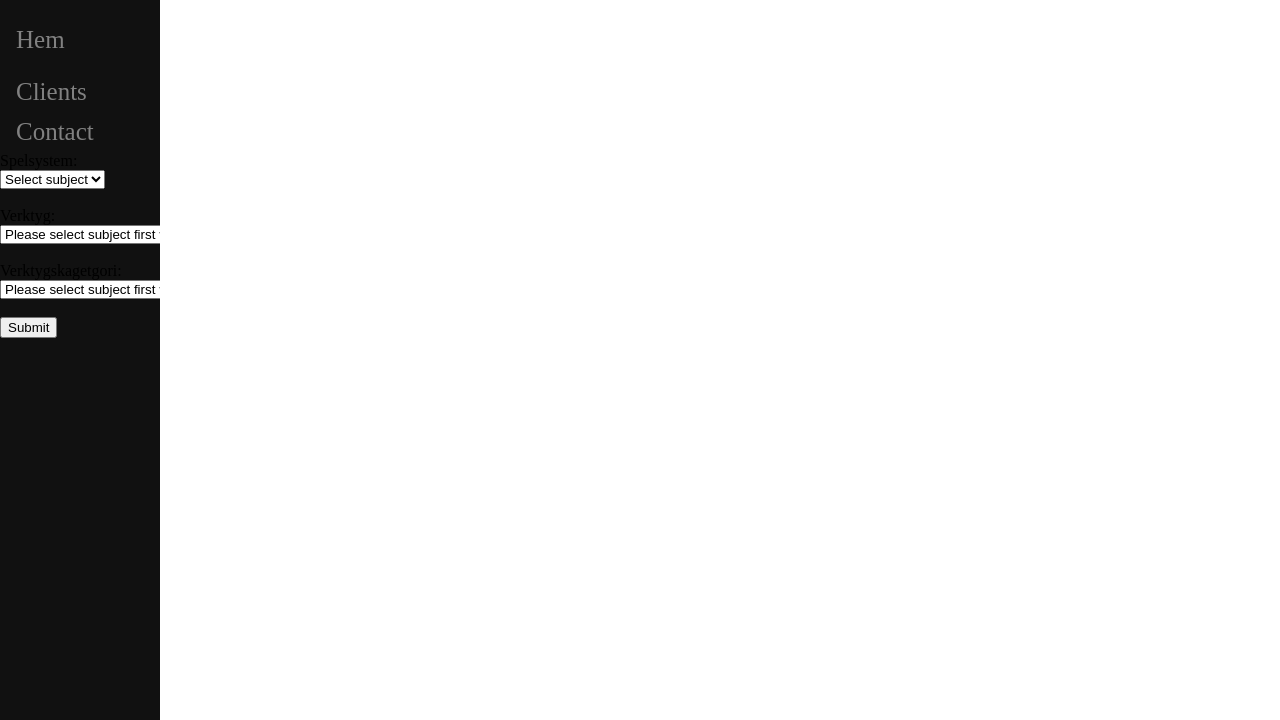
Repository: Lindmark/RPGHelper
Page: index.html
The author's editor kept a copy of each file at every save. The page is drawn from the files as they stood at one save, then again after the next save.
The browser window is 1280 px wide. The pictures show the whole page.

Above is the page before, as saved 2023-05-14 18:28:24.

After the next save:
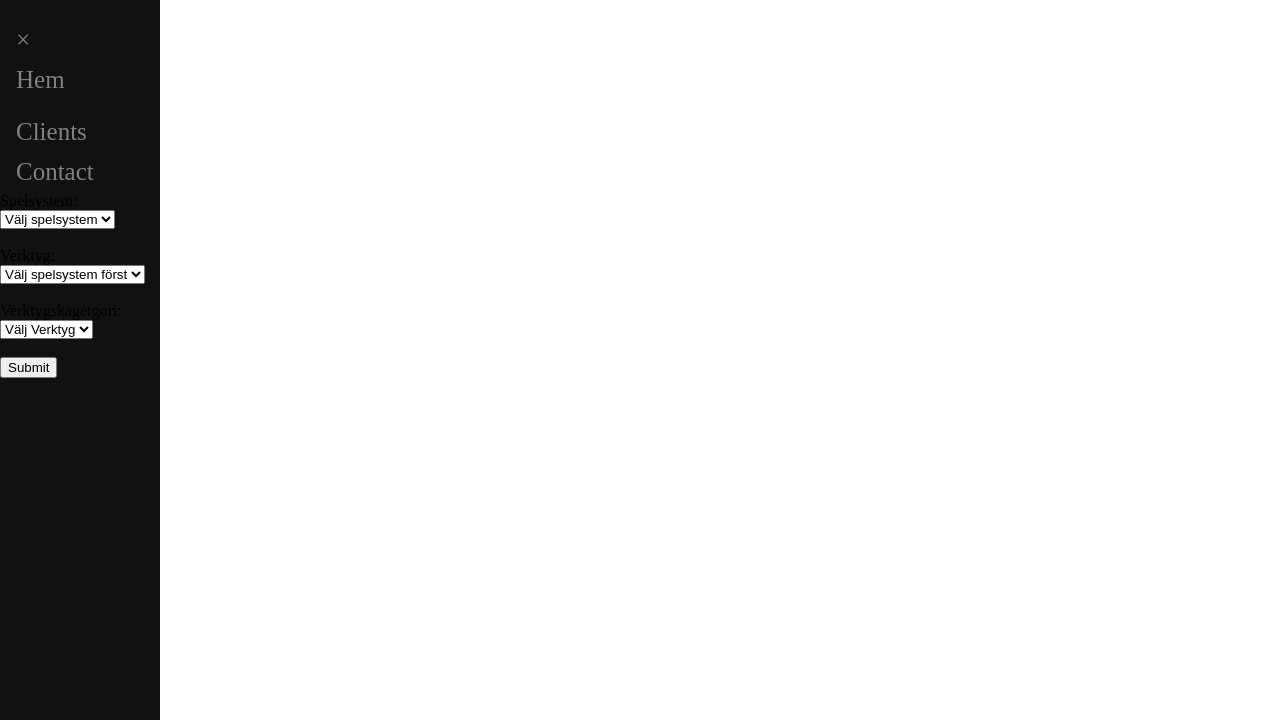
Saved 16 min 32 s later.
--- a/index.html
+++ b/index.html
@@ -9,8 +9,8 @@
             var subjectObject = {
               "Eon": {
                 "Slumptabeller": ["Träfftabeller", "Skador", "Händelser"],
-                "Karaktärsblad": ["Borders", "Margins", "Backgrounds", "Float"],
-                "Tärningsgenerator": ["Variables", "Operators", "Functions", "Conditions"]
+                "Ark": ["Karaktärsblad", "Magiblad"],
+                "Tärningsgenerator":[]
               },
               "Back-end": {
                 "PHP": ["Variables", "Strings", "Arrays"],
@@ -43,6 +43,12 @@
                 }
               }
             }
+            function openNav() {
+              document.getElementById("sidenav").style.width = "250px";
+            }
+            function closeNav() {
+              document.getElementById("sidenav").style.width = "0";
+            }
             </script>
         <meta charset="utf-8">
         <meta http-equiv="X-UA-Compatible" content="IE=edge">
@@ -55,22 +61,25 @@
         <header>
 
         </header>
-        <div class="sidenav">
+        <button class="openbtn" onclick="openNav()">☰</button>
+
+        <div class="sidenav" id="sideNav">
+            <a href="javascript:void(0)" class="closebtn" onclick="closeNav()">×</a>
             <a href="#about">Hem</a>
             <a href="#services"></a>
             <a href="#clients">Clients</a>
             <a href="#contact">Contact</a>
             <form name="form1" id="form1" action="/action_page.php">
                 Spelsystem: <select name="subject" id="Spelsystem">
-                    <option value="" selected="selected">Select subject</option>
+                    <option value="" selected="selected">Välj spelsystem</option>
                   </select>
                   <br><br>
                 Verktyg: <select name="topic" id="Verktyg">
-                    <option value="" selected="selected">Please select subject first</option>
+                    <option value="" selected="selected">Välj spelsystem först</option>
                   </select>
                   <br><br>
                   Verktygskagetgori: <select name="topic" id="Verktygskategori">
-                    <option value="" selected="selected">Please select subject first</option>
+                    <option value="" selected="selected">Välj Verktyg</option>
                   </select>
                   <br><br>
                   <input type="submit" value="Submit">
